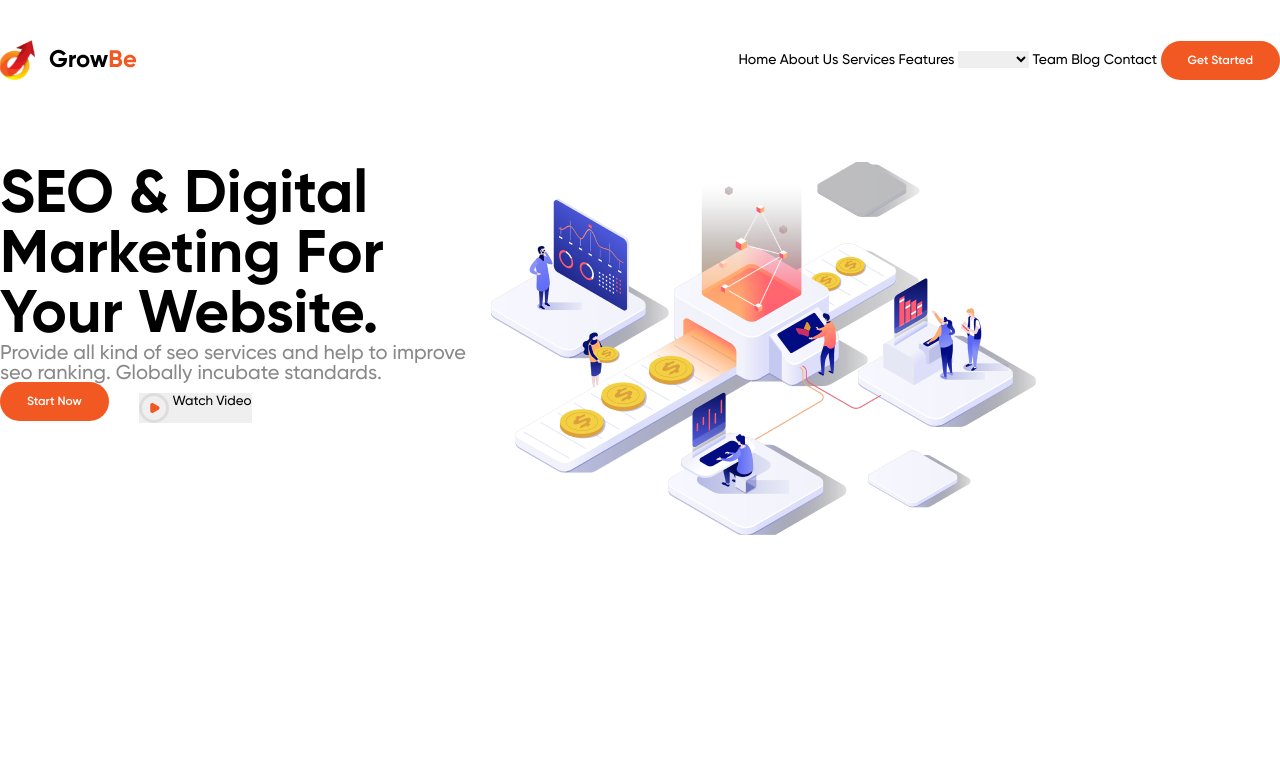
Repository: Alekseiy1980/GrowBe
Page: index.html
An editor plug-in stored every save of this project. The page is shown before and after the next save, followed by the edit.
The browser window is 1280 px wide. The pictures show the whole page.

Above is the page before, as saved 2024-01-20 14:01:16.

### index.html
<!DOCTYPE html>
<html lang="en">
<head>
    <meta charset="UTF-8">
    <meta name="viewport" content="width=device-width, initial-scale=1.0">

    <link rel="stylesheet" href="css/reset.css">
    <link rel="stylesheet" href="css/style.css">
    <title>GrowBe</title>
</head>
<body>
    <header>
        <div class="menu_bar">
            <div class="logo">
                <a class="logo-link" href="#">
                    <img src="/img/Logo.svg"  />
                </a>
            </div>
            <nav>
                <a class="menu menu_activ" href="@">Home</a>
                <a class="menu" href="@"> About Us</a>
                <a class="menu" href="@">Services</a>
                <label class="menu menu_label" for="pet-select">Features</label>
                    <select name="pets" id="pet-select">
                    <option value=""></option>
                    <option value="dog">Dog</option>
                    <option value="cat">Cat</option>
                    <option value="hamster">Hamster</option>
                    <option value="parrot">Parrot</option>
                    <option value="spider">Spider</option>
                    <option value="goldfish">Goldfish</option>
                    </select>

                <a class="menu" href="@">Team</a>
                <a class="menu" href="@">Blog</a>
                <a class="menu" href="@">Contact</a>
                <button class="btn_menu" type="button">Get Started</button>
            </nav>
        </div>


        <div class="home_meta">
            <div class="nome_content">
                <div class="home_title">
                    <h1>SEO & Digital <span>Marketing</span>  For Your Website.</>
                </div>
            <div class="sub_title">
                <p>Provide all kind of seo services and help to improve seo ranking. Globally incubate standards.</p>
            </div>
            <div class="btn_meta">
                <button class="btn_menu" type="button">Start Now</button>
                <button class="btn_video" type="button">
                        <img
                            src="img/play.svg"
                            alt="play"
                            />
                    Watch Video</button>
            </div>
            </div>
            <div class="home_img">
                <img src="img/home_Image.png" alt="">
            </div>
        </div>
    </header>
</body>
</html>

### css/reset.css

* {
    padding: 0;
    margin: 0;
    border: 0;
}

*,
*::before,
*::after {
    -moz-box-sizing: border-box;
    -webkit-box-sizing: border-box;
    box-sizing: border-box;
}

:focus,
:active {
    outline: none;
}

a:focus,
a:active {
    outline: none;
}

nav,
footer,
header,
aside {
    display: block;
}

html,
body {
    height: 100%;
    width: 100%;
    font-size: 100%;
    line-height: 1;
    font-size: 14px;
    -ms-text-size-adjust: 100%;
    -moz-text-size-adjust: 100%;
    -webkit-text-size-adjust: 100%;
}

input,
button,
textarea {
    font-family: inherit;
}

input::-ms-clear {
    display: none;
}

button {
    cursor: pointer;
}

button::-moz-focus-inner {
    padding: 0;
    border: 0;
}

a,
a:visited {
    text-decoration: none;
}

a:hover {
    text-decoration: none;
}

ul li {
    list-style: none;
}

img {
    vertical-align: top;
}

h1,
h2,
h3,
h4,
h5,
h6 {
    font-size: inherit;
    font-weight: 400;
}

### css/style.css
@font-face {
	font-family: 'Gilroy-Bold';
	src: url(/fonts/Gilroy-Bold.ttf);
}


@font-face {
	font-family: 'Gilroy-Medium';
	src: url(/fonts/Gilroy-Medium.ttf);
}
@font-face{
    font-family: 'Gilroy_Regular';
    src: url(/fonts/Gilroy-Regular.ttf);
}

@font-face{
    font-family: 'Gilroy-SemiBold';
    src: url(/fonts/Gilroy-SemiBold.ttf);
}
body{
    font-family: Gilroy-Medium;
    font-size: 14px;
    font-weight: 400;
    background: #FFF;
}

header {
    max-width: 1920px;
    margin: 0 auto;
}
.menu_bar{
    display: flex;
    justify-content: space-between;
    align-items: center;
    margin-top: 40px;
    height: 40px;
}

.logo{
    width: 137px;
    height: 40px;
}

.menu{
    color: #000;
    padding-top: 11px;
    padding-bottom: 12px;


}

.menu:hover{
    color: #F25822;
    font-family: Gilroy-SemiBold;
}

.btn_menu{
    color: #FFF;
    font-family: Gilroy-SemiBold;
    font-size: 12px;
    border-radius: 30px;
    background: #F25822;
    padding:12px 27px 13px;
}

.btn_menu:hover{
    background: #f84504;
}


.home_meta{
    margin-top: 82px;
    display: flex;
    width: 1100px;

.home_content{

    white-space: pre-wrap;
     width: 522px;
    margin-bottom: 17px;
    padding-right: 40px;
    padding-top: 80px;
}

.home_title{
    color: #000;
    font-family: Gilroy-Bold;
    font-size: 60px;



}

.sub_title{
    color: #888;
    font-size: 20px;
    /* padding-right: 36px;
    margin-bottom: 37px; */
}

.home_ing{
    width: 544px;
}
.btn_video{
    margin-left: 27px;
}

After the next save:
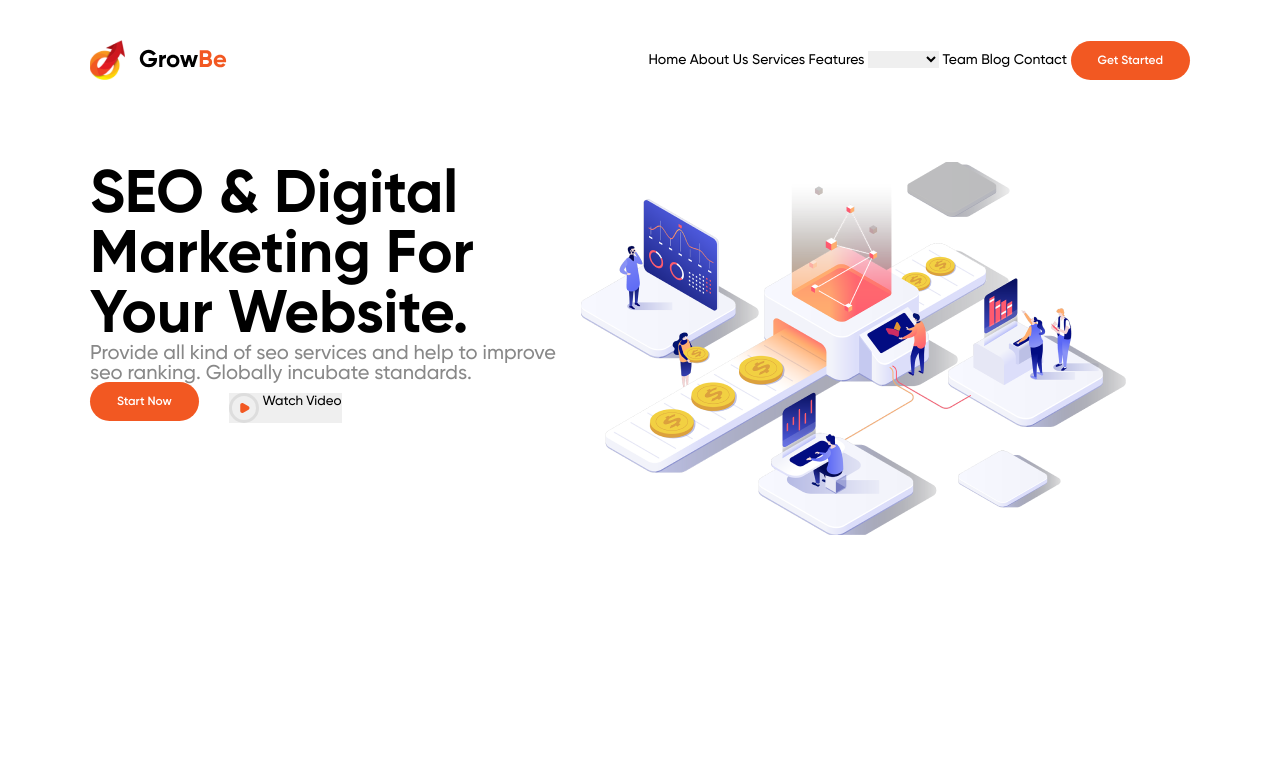
Saved 2 min 59 s later.
--- a/css/style.css
+++ b/css/style.css
@@ -21,11 +21,11 @@ body{
     font-family: Gilroy-Medium;
     font-size: 14px;
     font-weight: 400;
-    background: #FFF;
+    background: #FFF;max-width: 1920px;
 }
 
 header {
-    max-width: 1920px;
+    width: 1100px;
     margin: 0 auto;
 }
 .menu_bar{
